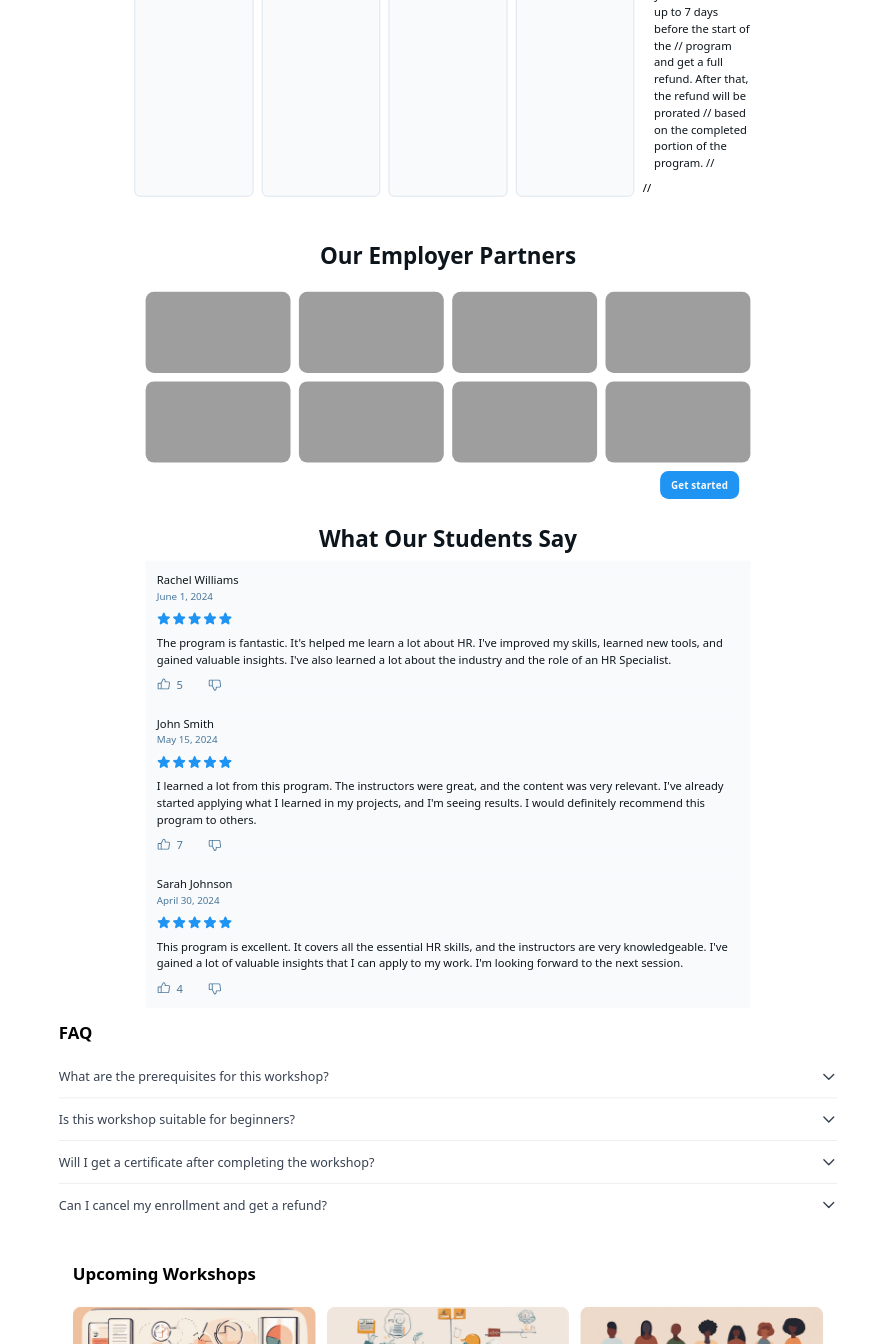
Repository: DhOMNE/HR
Page: /
An editor plug-in stored every save of this project. The page is shown before and after the next save, followed by the edit.
The browser window is 1280 px wide. The pictures show the part of the page from y = 1977 to 3897 px (the page is 4716 px tall before and 4692 px after), at 70% of full size.
Pictures or frames that could not be fetched are drawn as grey boxes. The project was rebuilt for these pictures with package versions that can differ from the ones it lists, and the page was loaded fresh each time.

Above is the page before, as saved 2024-08-26 11:09:05.

After the next save:
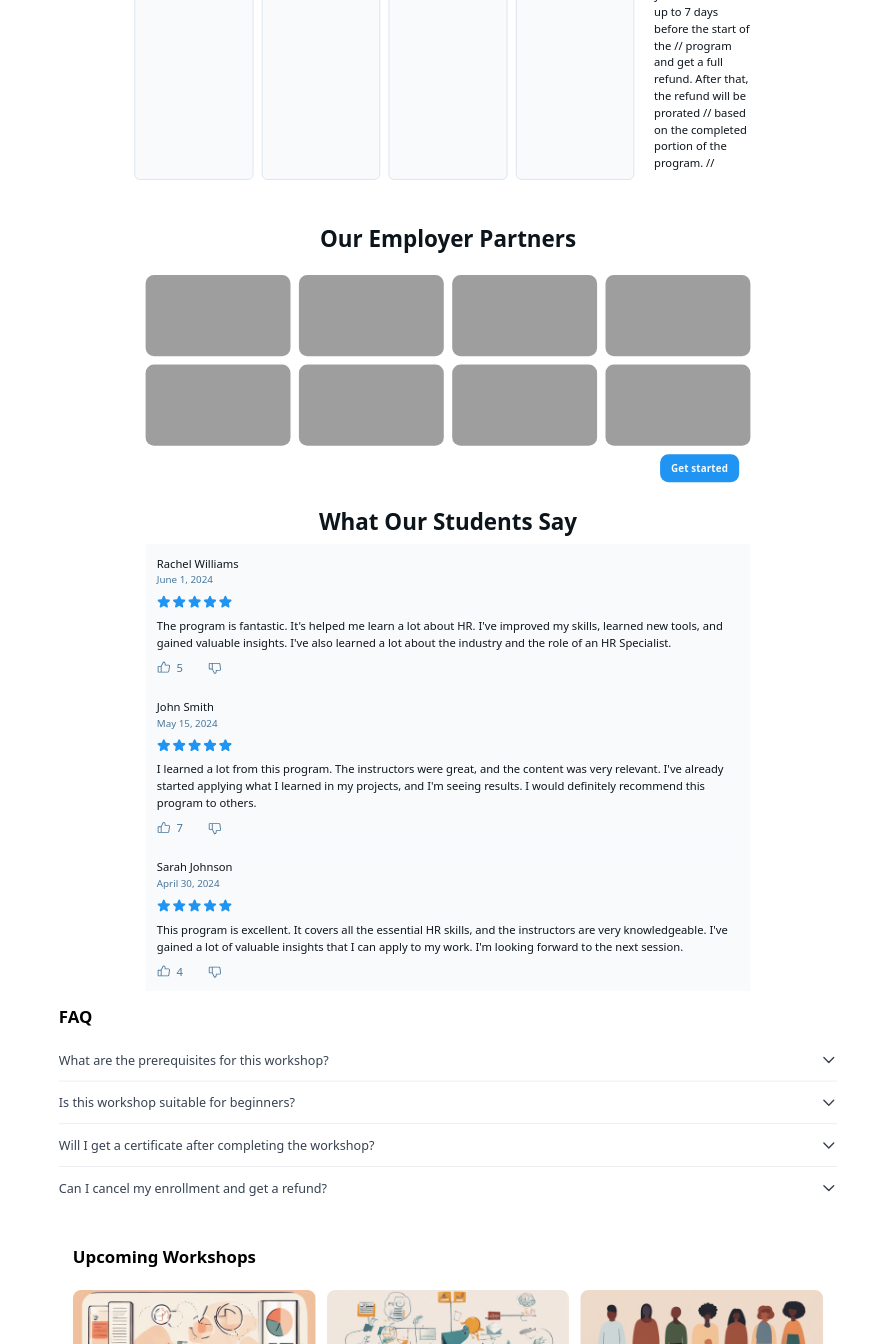
Saved 7 s later.
--- a/src/Componenets/Benefitdesigner.jsx
+++ b/src/Componenets/Benefitdesigner.jsx
@@ -231,7 +231,7 @@ function Benefitdesigner() {
     //       program and get a full refund. After that, the refund will be prorated
     //       based on the completed portion of the program.
     //     </p>
-    //   </div>
+      </div>
               </div>
             </div>
 
